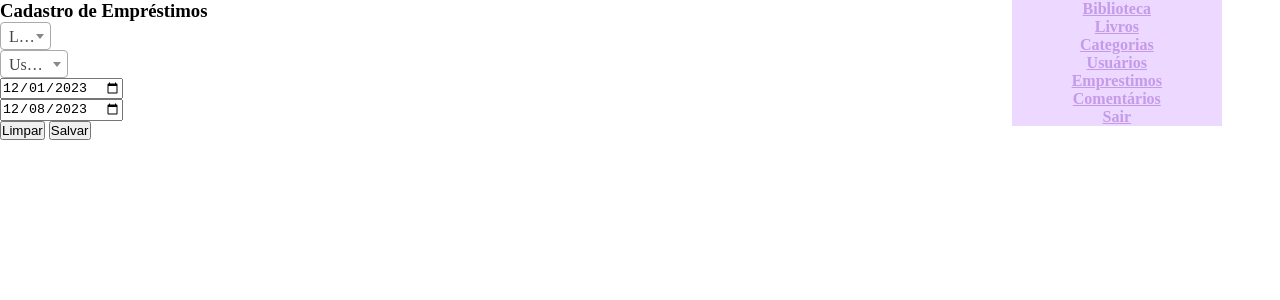
Repository: Matheus-Ghizoni/Rainbow-Library
Page: arcoiris/src/main/webapp/pages/admin/loan.html
These files come from the project's save history. The page is drawn as it stood at one moment and after the next save; the edit follows.
The browser window is 1280 px wide. The pictures show the whole page.
The page's requests for data from a server got no answer. Some web libraries are served in a nearby version.

Above is the page before, as saved 2023-12-06 17:53:31.
Console error: ReferenceError: jQuery is not defined

After the next save:
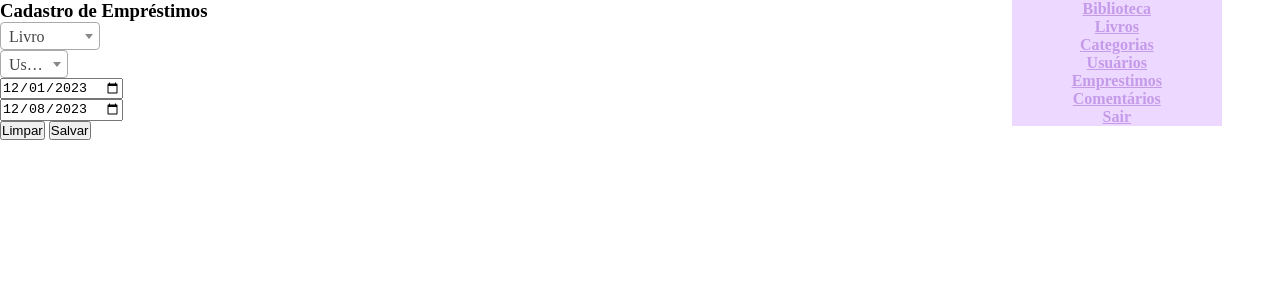
Saved 30 s later.
--- a/arcoiris/src/main/webapp/pages/admin/loan.html
+++ b/arcoiris/src/main/webapp/pages/admin/loan.html
@@ -34,7 +34,7 @@
 	<!--	Modal Emprestimo  -->
 	<h3>Cadastro de Empréstimos</h3>
 	<form class="frmloan">
-		<select name="type" class="selectBooks" id="selectBooks" onload="getAllBooks()">
+		<select name="type" class="selectBooks" id="selectBooks" onload="getAllBooks()" style="width: 100px;">
 			<option value="">Livro</option>
 		</select><br>
 		<select name="type" class="selectUsers" id="selectUsers" onload="getAllUsers()">
